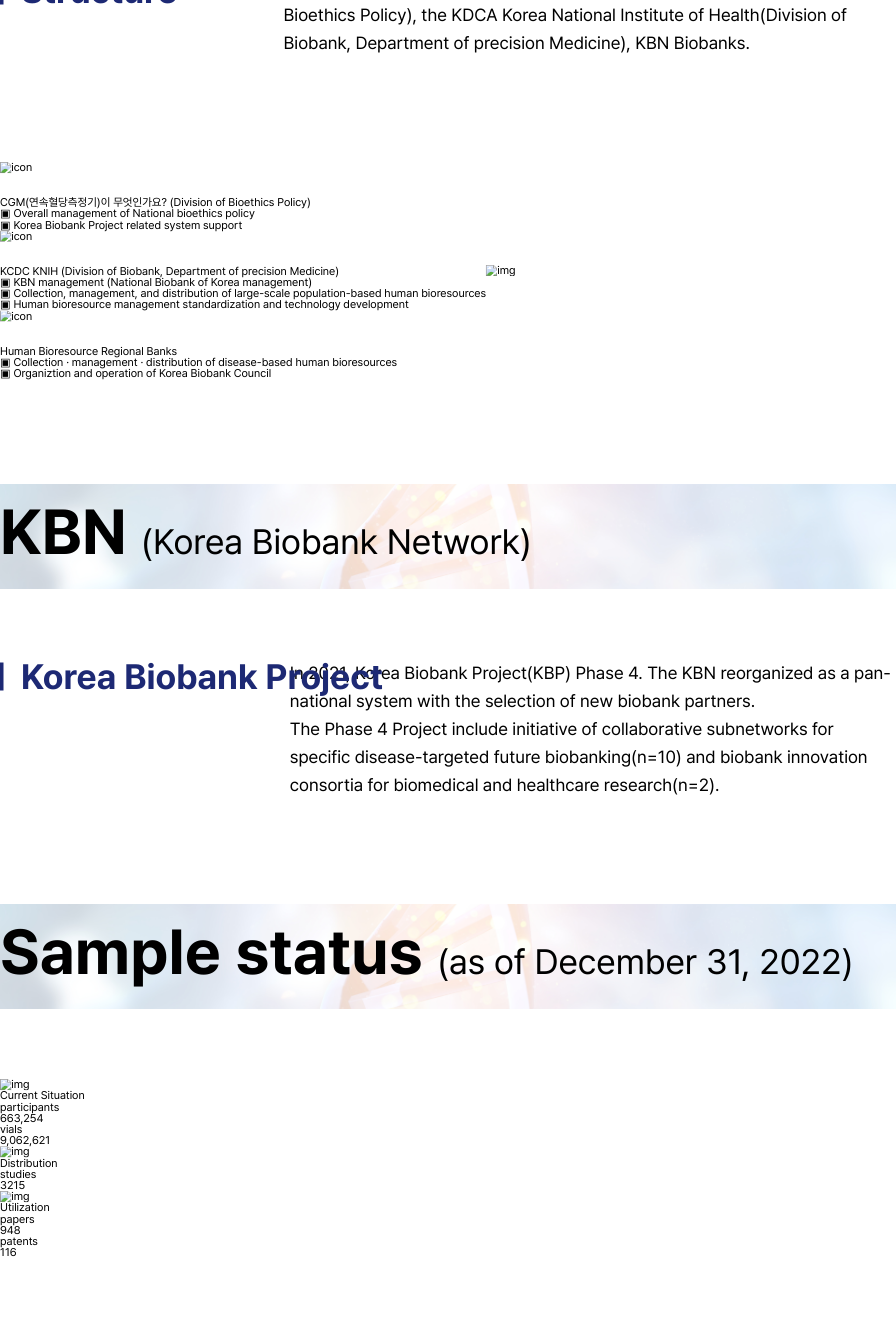
Repository: dlgywls1130/kbn_makedit
Page: index.html
The author's editor kept a copy of each file at every save. The page is drawn from the files as they stood at one save, then again after the next save.
The browser window is 1280 px wide. The pictures show the part of the page from y = 1748 to 3668 px (the page is 4877 px tall before and 4765 px after), at 70% of full size.
Some web libraries are served in a nearby version.

Above is the page before, as saved 2023-10-15 16:09:21.

After the next save:
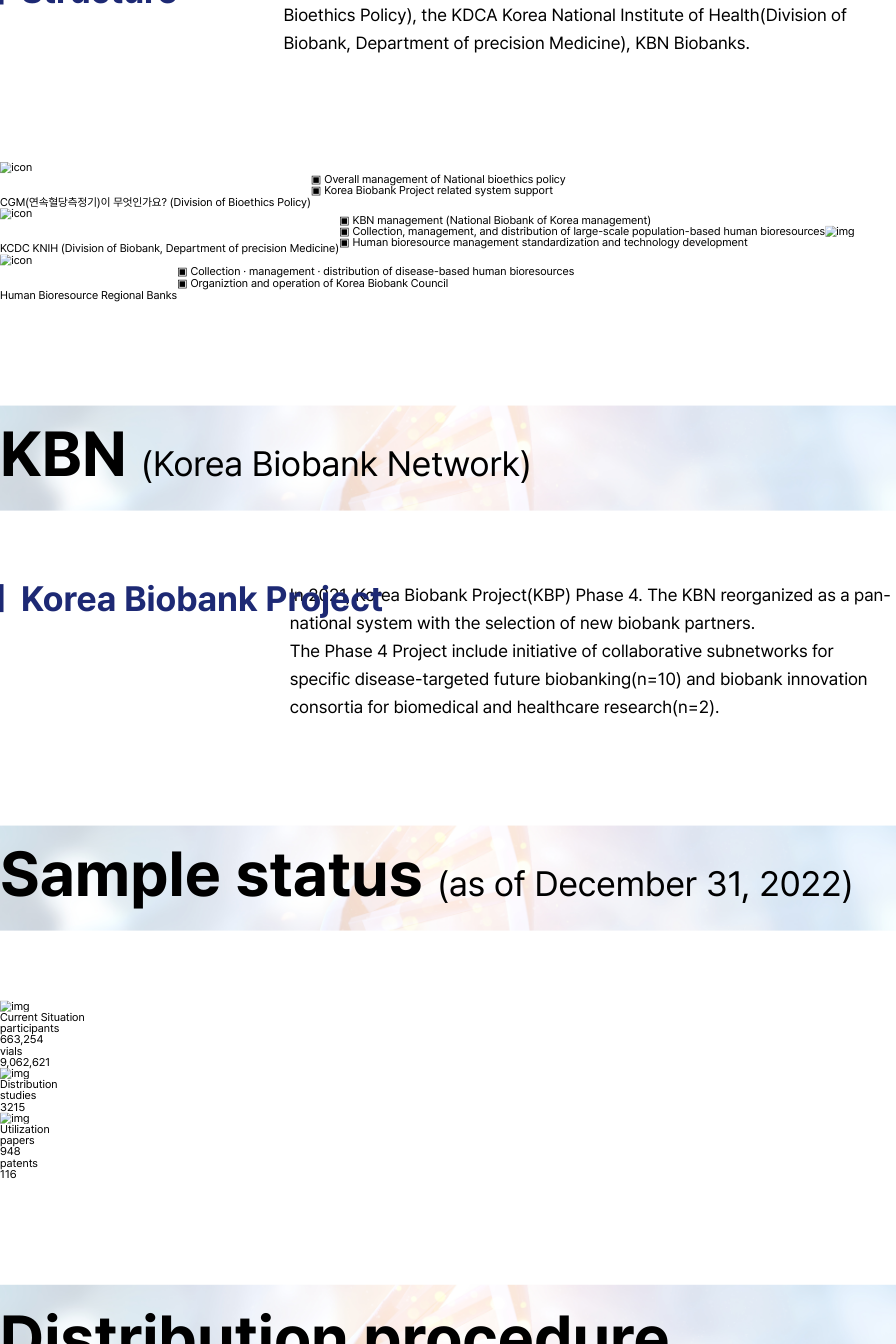
Saved 22 s later.
--- a/css/style.css
+++ b/css/style.css
@@ -302,6 +302,10 @@
     align-items: center;
 }
 
+.accordion-item{
+    display: flex;
+    align-items: center;
+}
 .accordion-item .acodian_icon{
     width: 50px;
     height: 50px;
